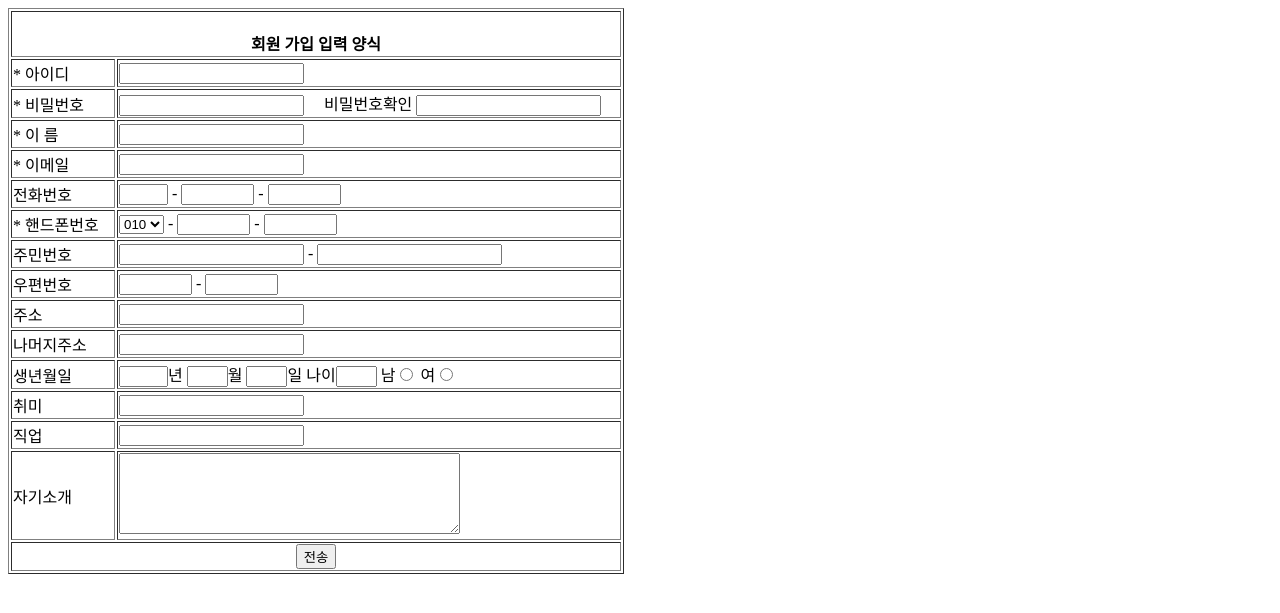
Repository: vkfkstptkd1/WebProgramming
Page: ch3_FormTag/WebContent/In_Form.html
The author's editor kept a copy of each file at every save. The page is drawn from the files as they stood at one save, then again after the next save.
The browser window is 1280 px wide. The pictures show the whole page.

Above is the page before, as saved 2021-03-20 07:22:00.

After the next save:
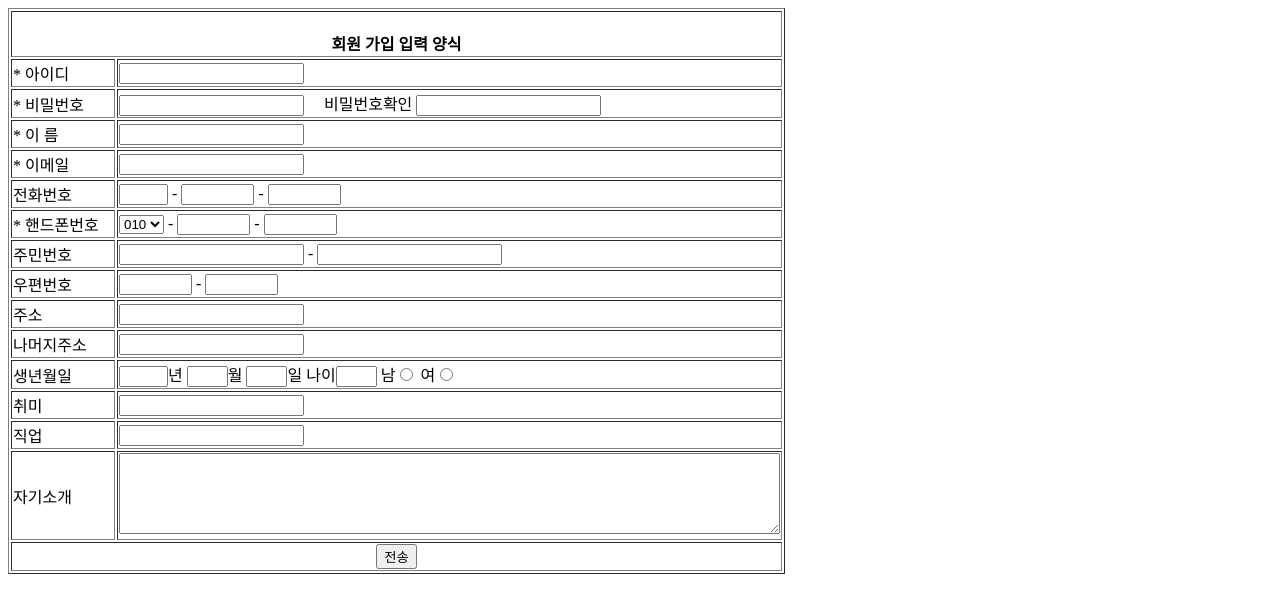
Saved 46 s later.
--- a/ch3_FormTag/WebContent/In_Form.html
+++ b/ch3_FormTag/WebContent/In_Form.html
@@ -75,7 +75,7 @@
 		<td > <input type="text" name="id"></td>
 	</tr>
 	<tr><td > 자기소개</td>
-		<td > <textarea name="intro" rows=5 cols=40></textarea></td>
+		<td > <textarea name="intro" rows=5 cols=80></textarea></td>
 	</tr>
 	<tr>
 		<td colspan="2"><center><input type="submit" value="전송" ></center></td>
